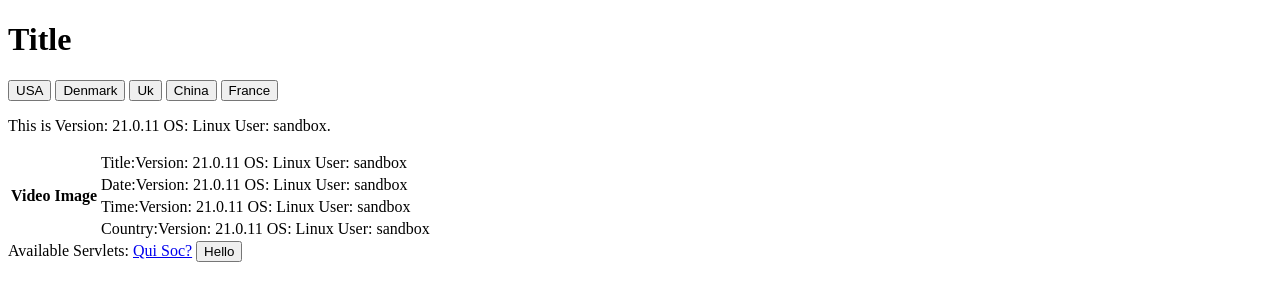
Repository: isauraAlmar/App-Engine-and-Internationalization-with-Java
Page: http://localhost/Marven/
These files come from the project's save history. The page is drawn as it stood at one moment and after the next save; the edit follows.
The browser window is 1280 px wide. The pictures show the whole page.
Some web fonts or font styles are not loaded; a fallback is used. The page is served by Tomcat 9.

Above is the page before, as saved 2017-05-04 19:17:51.

After the next save:
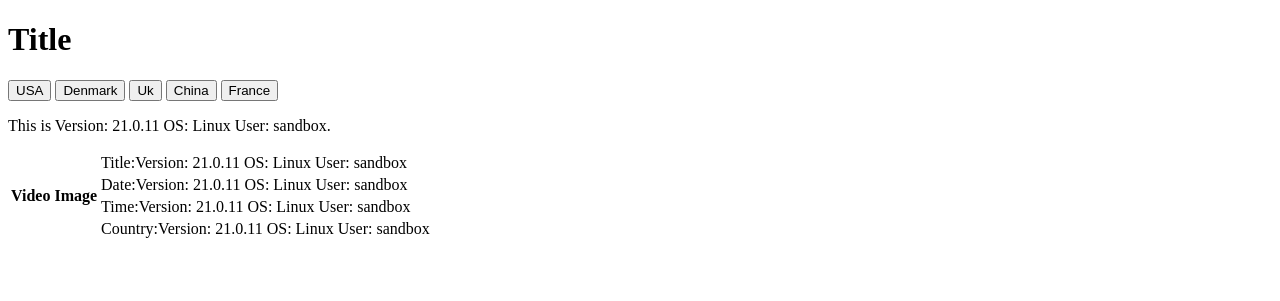
Saved 11 h 44 min later.
--- a/Marven/src/main/webapp/index.jsp
+++ b/Marven/src/main/webapp/index.jsp
@@ -52,7 +52,7 @@
 
 </table>
 
-    <tr>
+ <!--    <tr>
       <td colspan="2" style="font-weight:bold;">Available Servlets:</td>
     </tr>
     <tr>
@@ -61,7 +61,7 @@
 
   </table>
 
-  <button >Hello</button>
+  <button >Hello</button>-->
 
 
 </body>
